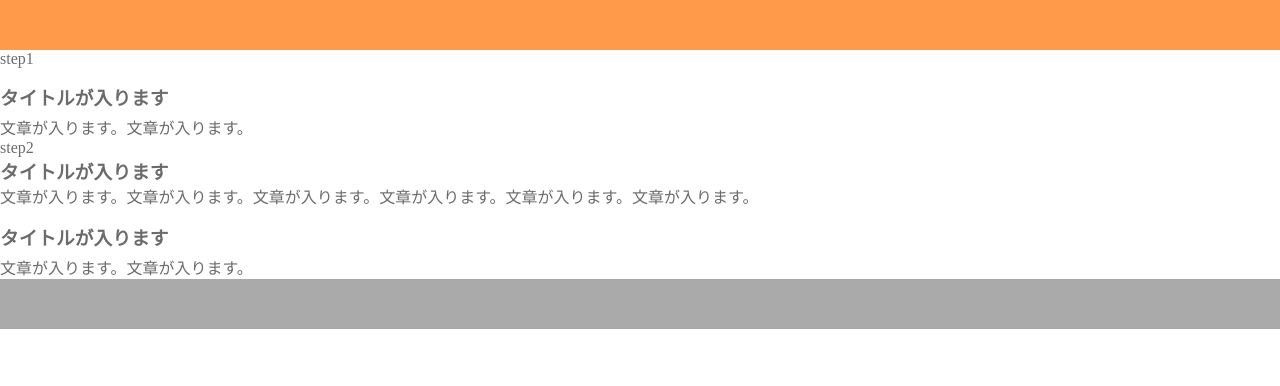
Repository: Yuki-Kawagoe/chapter4
Page: chapter9/index.html
The author's editor kept a record of every edit. The page is drawn from the files as they stood at one moment, then again after the next edit.
The browser window is 1280 px wide. The pictures show the whole page.

Above is the page before.

### chapter9/index.html
<!DOCTYPE html>
 <html lang="ja">
 <head>
  <meta charset="UTF-8">
  <link rel="stylesheet" href="style.css" />
  <title>Chapter9</title>
 </head>

 <body>
   <header></header>


   <main>
    <div class="step-box1">
      <div class="step-img">
       <span class="step-num">step1</span>
        <h3 class="main-title">タイトルが入ります</h3>
          <p class="main-text">文章が入ります。文章が入ります。</p>
      </div>
    </div>

    <div class="step-box2">
      <div class="step-img">
       <span class="step-num">step2</span>

        <h3 class="box-title">タイトルが入ります</h3>
          <p class="box-text">文章が入ります。文章が入ります。文章が入ります。文章が入ります。文章が入ります。文章が入ります。</p>
      </div>
    </div>

    <div class="step-box3">
      <div class="step-img">
       <span class="step-num"></span>

        <h3 class="main-title">タイトルが入ります</h3>
          <p class="main-text">文章が入ります。文章が入ります。</p>
      </div>
    </div>




   </main>


   <footer></footer>

 </body>

### chapter9/style.css
* {
  margin: 0px;
  padding: 0px;
  box-sizing: border-box;
  color: #6c6b6b;
}

header {
  height: 50px;
  background-color: #FF9A4B
}

.main {
  width: 960px;
  margin: 50px auto;
  display: flex;

}

.step-box {
  width: 300px;
  padding: 10px;
  margin-right: 30px;
  background-color: #EEEEEE;
  position: relative;
}

.step-img1 {
  height: 150px;
  background-image: url(img/flow01.png);
  background-position: bottom;
  background-size: cover;
}

.step-img2 {
  height: 150px;
  background-image: url(img/flow02.png);
  background-position: bottom;
  background-size: cover;
}


.step-img3 {
  height: 150px;
  background-image: url(img/flow03.png);
  background-position:bottom;
  background-size:cover;
}

.stem-num {
  position: absolute;
  top:0;
  left:0;
  background-color: #ff9a4b;
  color: #fff;
}

.main-title {
  margin-top: 15px;
  margin-bottom: 5px;
}

.sub {
  background-color: #FF9A4B;
  color: white;
  height: 20px;
  width: 30px;
}

footer {
  width: 100%;
  height: 50px;
  background-color: #AAAAAA
}

After the next edit:
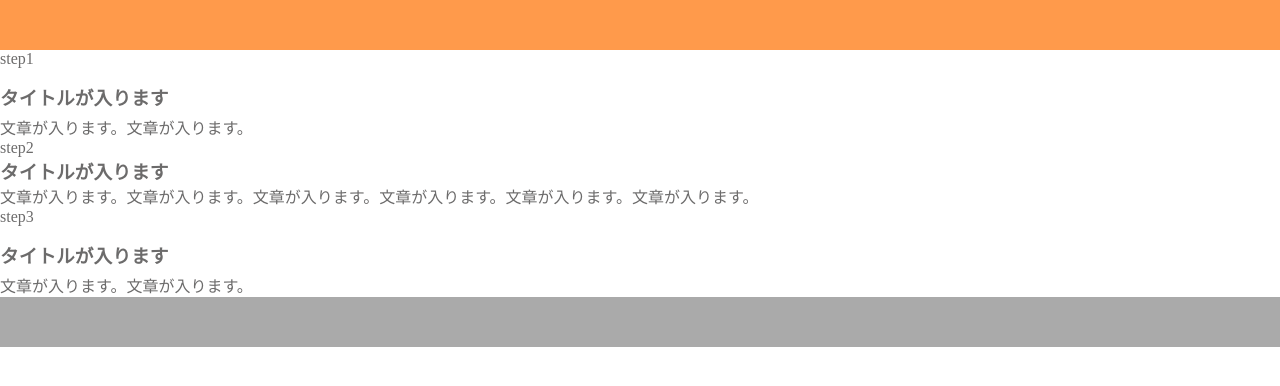
The edit:
--- a/chapter9/index.html
+++ b/chapter9/index.html
@@ -30,8 +30,7 @@
 
     <div class="step-box3">
       <div class="step-img">
-       <span class="step-num"></span>
-
+       <span class="step-num">step3</span>
         <h3 class="main-title">タイトルが入ります</h3>
           <p class="main-text">文章が入ります。文章が入ります。</p>
       </div>
